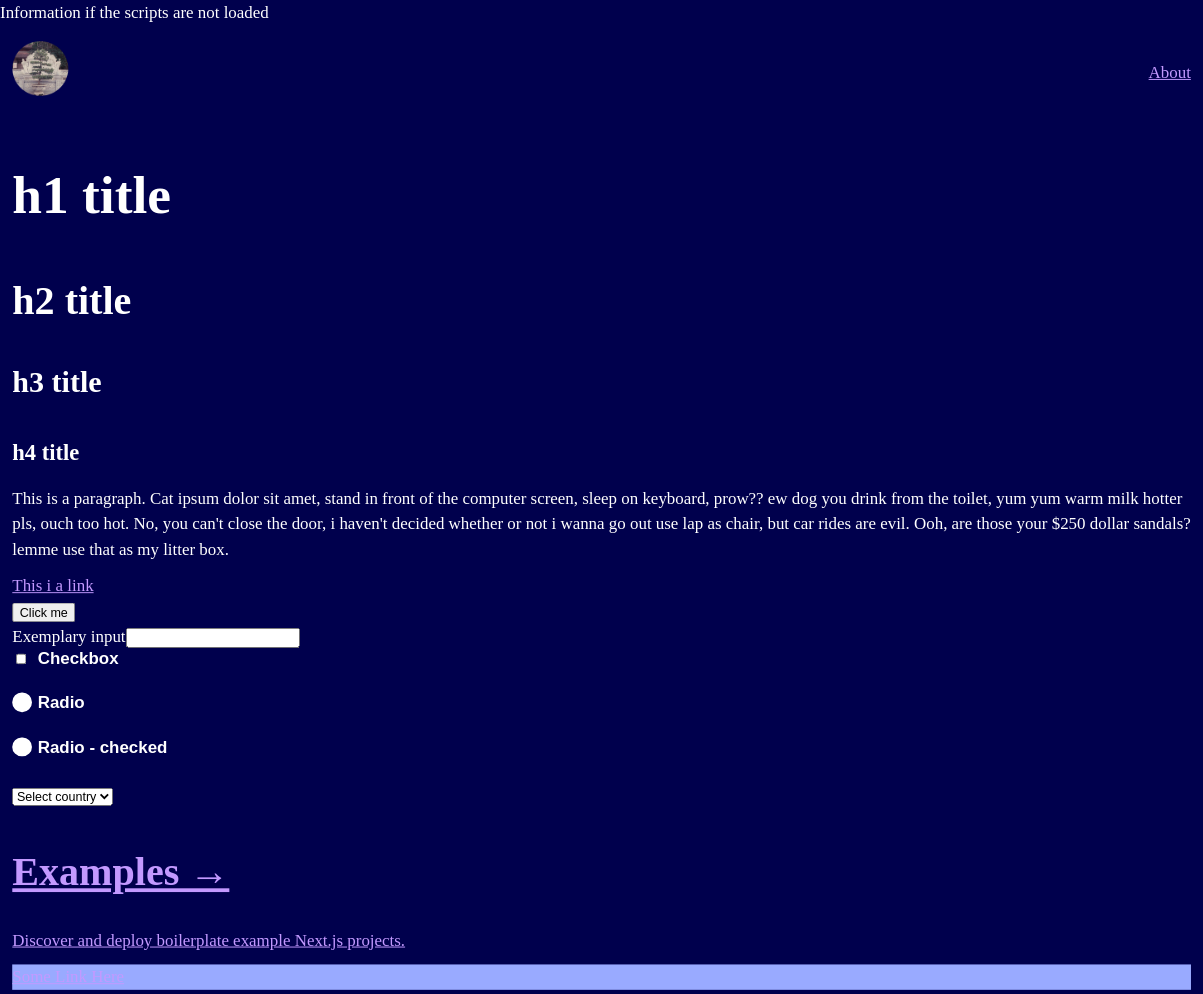
Repository: magiai/scent-app
Page: /
The author's editor kept a copy of each file at every save. The page is drawn from the files as they stood at one save, then again after the next save.
The browser window is 1280 px wide. The pictures show the whole page, at 94% of full size.
The project was rebuilt for these pictures with package versions that can differ from the ones it lists, and the page was loaded fresh each time. The framework's server and built-in components were replaced by stand-ins that run in the browser.

Above is the page before, as saved 2022-05-25 14:21:24.

After the next save:
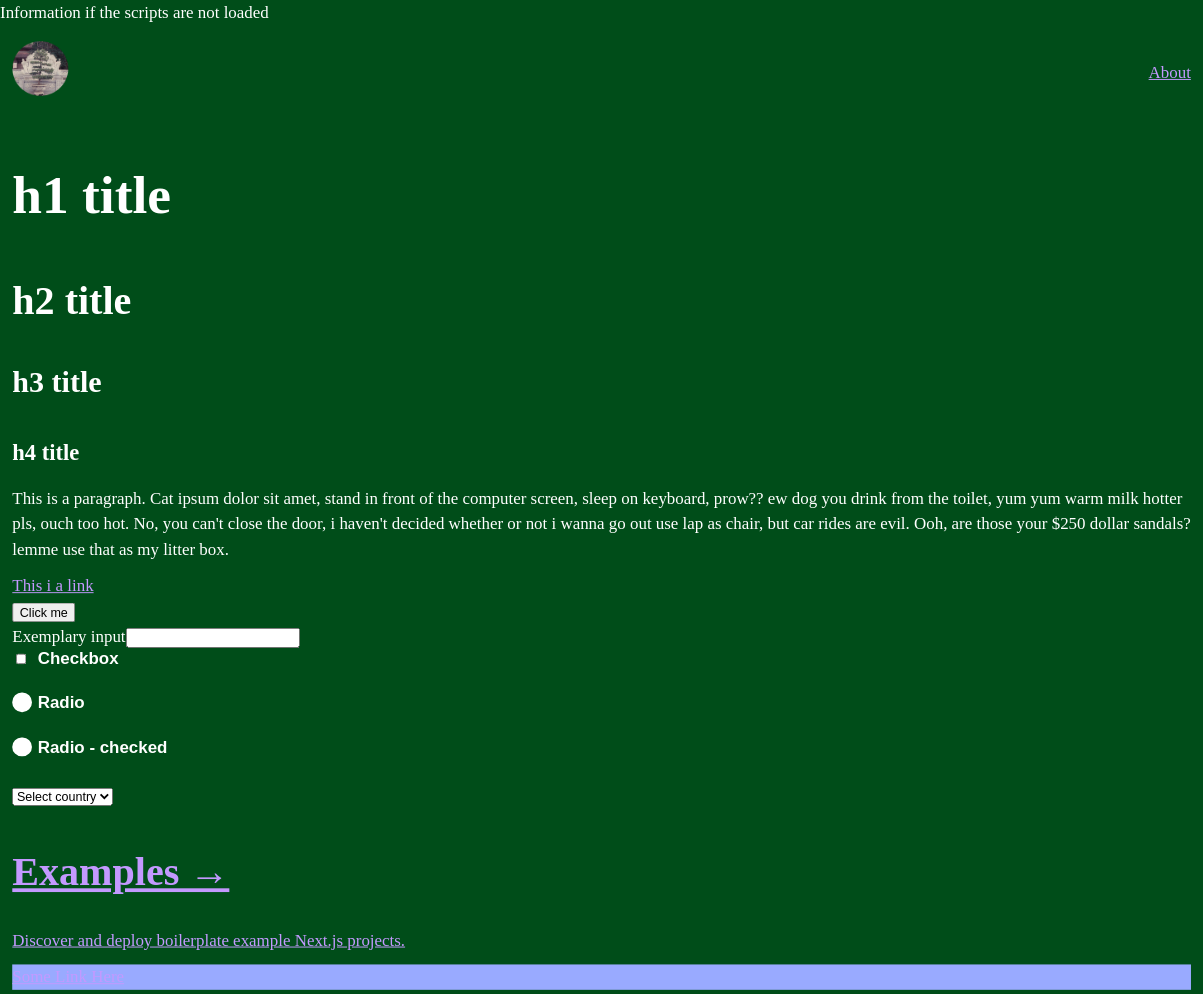
Saved 4 min 47 s later.
--- a/styles/variables.css
+++ b/styles/variables.css
@@ -13,7 +13,7 @@
                                     calc(var(--lightness--base) + var(--color--lighten)),
                                     var(--opacity--base));
 
-    --hue--secondary: 240;
+    --hue--secondary: 140;
     --saturation--secondary: 100%;
     --lightness--secondary: 15%;
     --color--secondary: hsla(var(--hue--secondary), var(--saturation--secondary), var(--lightness--secondary), var(--opacity--base));

After the save that followed:
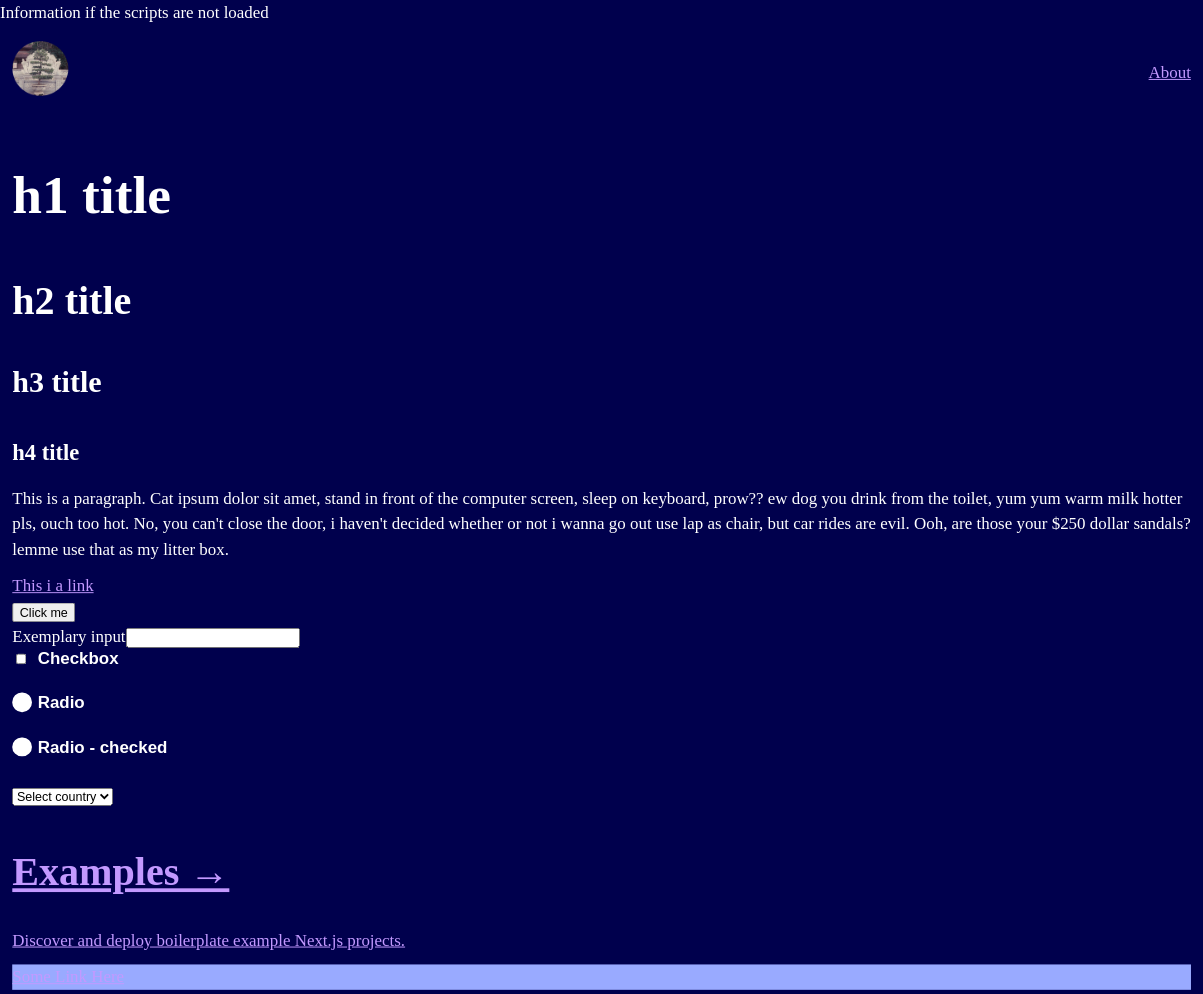
Saved 13 s later.
--- a/styles/variables.css
+++ b/styles/variables.css
@@ -13,7 +13,7 @@
                                     calc(var(--lightness--base) + var(--color--lighten)),
                                     var(--opacity--base));
 
-    --hue--secondary: 140;
+    --hue--secondary: 240;
     --saturation--secondary: 100%;
     --lightness--secondary: 15%;
     --color--secondary: hsla(var(--hue--secondary), var(--saturation--secondary), var(--lightness--secondary), var(--opacity--base));
